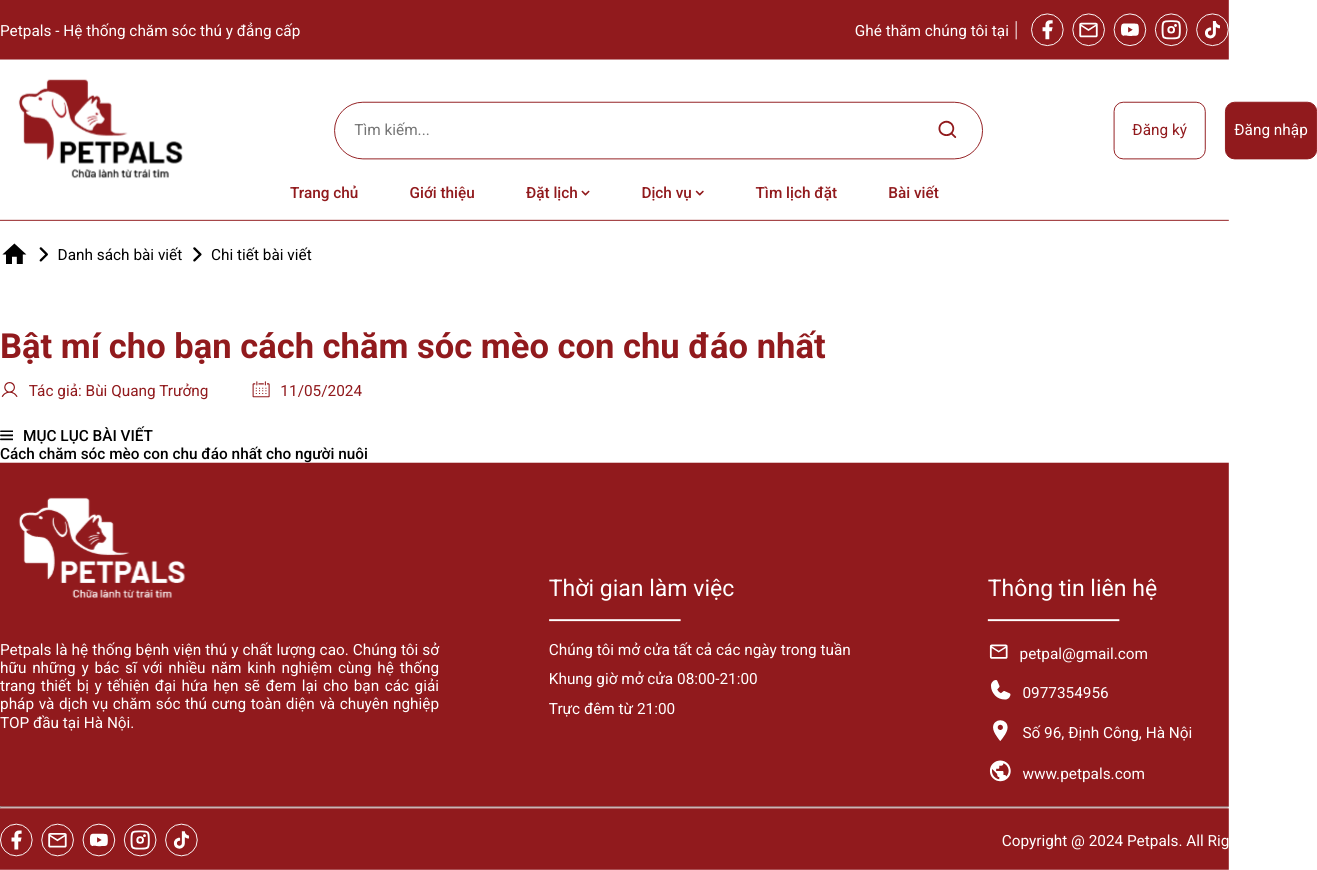
Repository: ahntrung1909/Petpals
Page: /danh-sach-bai-viet/chi-tiet-bai-viet (app in petpals-user-main/)
The author's editor kept a copy of each file at every save. The page is drawn from the files as they stood at one save, then again after the next save.
The browser window is 1280 px wide. The page is 1372 px wide, so the pictures cover 1372 px, including what lies to the right of the window. The pictures show the whole page, at 96% of full size.
The project was rebuilt for these pictures with package versions that can differ from the ones it lists, and the page was loaded fresh each time. The framework's server and built-in components were replaced by stand-ins that run in the browser. Also part of the build but not shown: petpals-user-main/next.config.js, petpals-user-main/next.config.mjs.

Above is the page before, as saved 2024-04-14 17:48:01.

### petpals-user-main/src/app/layout.js
import { Footer } from "@/components/Footer/Footer";
import "./global.scss";
import { Header } from "@/components/Header/Header";
import { ToastContainer } from "react-toastify";
import "react-toastify/dist/ReactToastify.css";
import { Button, ConfigProvider, Space } from "antd";

export const metadata = {
  title: "Petpals - Chữa lành từ trái tim",
  description: "Petpals",
};

export default function RootLayout({ children }) {
  return (
    <html lang="en">
      <body>
        <Header />
        <ToastContainer />
        <ConfigProvider
          theme={{
            token: {
              colorPrimary: "#911A1D",
              fontFamily: "Roboto",
            },
            components: {
              DatePicker: {
                inputFontSize: 16,
              },
              Menu: {
                itemBg: "transparent",
                subMenuItemBg: "transparent",
                activeBarBorderWidth: 0,
                itemSelectedBg: "rgba(145, 26, 29, 0.05)",
                itemBorderRadius: 0,
              },
            },
          }}
        >
          {children}
        </ConfigProvider>
        <Footer />
      </body>
    </html>
  );
}

### petpals-user-main/src/app/danh-sach-bai-viet/chi-tiet-bai-viet/page.js
import React from "react";
import "./style.scss";

export default function page() {
  return (
    <main>
      <div className="breadcrumb">
        <img src="/icon/ic_baseline-home.svg" alt="" />
        <img src="/icon/iconamoon_arrow-right-2.svg" alt="" />
        <p>Danh sách bài viết</p>
        <img src="/icon/iconamoon_arrow-right-2.svg" alt="" />
        <p>Chi tiết bài viết</p>
      </div>
      <div className="article-section">
        <div className="article-section-left">
          <h1 className="article-title">
            Bật mí cho bạn cách chăm sóc mèo con chu đáo nhất
          </h1>
          <div className="article-author-time">
            <div className="article-item">
              <img src="/icon/ph_user.svg" alt="" />
              <p>Tác giả: Bùi Quang Trưởng</p>
            </div>
            <div className="article-item">
              <img src="/icon/clarity_date-line.svg" alt="" />
              <p>11/05/2024</p>
            </div>
          </div>
          <div className="menu">
            <div style={{ display: "flex", gap: "10px", alignItems: "center" }}>
              <img src="/icon/hamberger.svg" alt="" style={{ width: "14px" }} />
              <p style={{ fontSize: "16px", fontWeight: "500" }}>
                MỤC LỤC BÀI VIẾT
              </p>
            </div>
            <p style={{ fontWeight: "500" }}>
              Cách chăm sóc mèo con chu đáo nhất cho người nuôi
            </p>
          </div>
        </div>
      </div>
    </main>
  );
}

### petpals-user-main/src/components/Footer/Footer.js
import { Socialicon } from "../Socialicon/Socialicon";
import "./style.scss";
export const Footer = () => {
  return (
    <footer>
      <div className="row row-1">
        <div className="logo">
          <img src="/img/logo_am_ban.svg" alt="" />
        </div>
        <div className="working-time">Thời gian làm việc</div>
        <div className=" contact-info">Thông tin liên hệ</div>
      </div>
      <div className="row">
        <div className="about">
          Petpals là hệ thống bệnh viện thú y chất lượng cao. Chúng tôi sở hữu
          những y bác sĩ với nhiều năm kinh nghiệm cùng hệ thống trang thiết bị
          y tếhiện đại hứa hẹn sẽ đem lại cho bạn các giải pháp và dịch vụ chăm
          sóc thú cưng toàn diện và chuyên nghiệp TOP đầu tại Hà Nội.
        </div>
        <ul className="working-time-more">
          <li>Chúng tôi mở cửa tất cả các ngày trong tuần</li>
          <li>Khung giờ mở cửa 08:00-21:00</li>
          <li>Trực đêm từ 21:00</li>
        </ul>
        <ul className="contact-info-more">
          <li className="contact-item">
            <span>
              <img src="/icon/material-symbols_mail-outline.svg" alt="" />
            </span>
            petpal@gmail.com
          </li>
          <li className="contact-item">
            <span>
              <img src="/icon/ph_phone-fill.svg" alt="" />
            </span>
            0977354956
          </li>
          <li className="contact-item">
            <span>
              <img src="/icon/mdi_location.svg" alt="" />
            </span>
            Số 96, Định Công, Hà Nội
          </li>
          <li className="contact-item">
            <span>
              <img src="/icon/mdi_earth.svg" alt="" />
            </span>
            www.petpals.com
          </li>
        </ul>
      </div>
      <hr />
      <div className="footer-bottom">
        <Socialicon />
        <div>Copyright @ 2024 Petpals. All Rights Reverved</div>
      </div>
    </footer>
  );
};

### petpals-user-main/src/app/global.scss
@import url("https://fonts.googleapis.com/css2?family=Roboto:ital,wght@0,100;0,300;0,400;0,500;0,700;0,900;1,100;1,300;1,400;1,500;1,700;1,900&display=swap");
@import "../style/variable";
* {
  padding: 0;
  margin: 0;
  box-sizing: border-box;
}
body {
  font-family: "Roboto", sans-serif;
  font-size: 16px;
}
a {
  text-decoration: none;
  color: black;
}
ul,
li {
  list-style: none;
}
input,
textarea {
  width: 100%;
  border: none;
  outline: none;
  font-family: "Roboto", sans-serif;
  font-size: 16px;
}
img {
  width: 100%;
}
button {
  font-family: "Roboto", sans-serif;
  font-size: 16px;
}
label {
  font-family: "Roboto", sans-serif;
  font-size: 16px;
}

// custom scroll bar
::-webkit-scrollbar-track {
  background-color: #f5f5f5;
}

::-webkit-scrollbar {
  width: 6px;
  height: 6px;
  background-color: #f5f5f5;
}

::-webkit-scrollbar-thumb {
  background-image: linear-gradient($BROWN_500, $RED_500);
  // border-radius: 10px;
}
::-webkit-scrollbar-thumb:horizontal {
  background-image: linear-gradient(to right, $BROWN_500, $RED_500);
  // border-radius: 10px;
}

### petpals-user-main/src/app/danh-sach-bai-viet/chi-tiet-bai-viet/style.scss
@import "../../../style/variable";
@import "../../../style/base";

.article-section {
  width: 1372px;
  margin: 0 auto;
  margin-top: 60px;
  display: flex;
  gap: 20px;
}
.article-section-left {
  width: 1025px;
  h1 {
    font-size: 36px;
    color: $BROWN_500;
    margin-bottom: 14px;
  }
  .article-author-time {
    display: flex;
    align-items: center;
    gap: 45px;
    margin-bottom: 28px;
    .article-item {
      display: flex;
      align-items: center;
      gap: 10px;
      img {
        width: 20px;
        height: 20px;
      }
      p {
        color: $BROWN_500;
      }
    }
  }
}

### petpals-user-main/src/components/Socialicon/Socialicon.js
import "./style.scss";
export const Socialicon = () => {
  return (
    <div className="list-social-icon">
      <div className="icon-item">
        <img src="/icon/ri_facebook-fill.svg" alt="icon-facebook" />
      </div>
      <div className="icon-item">
        <img src="/icon/material-symbols_mail-outline.svg" alt="icon-mail" />
      </div>
      <div className="icon-item">
        <img src="/icon/mdi_youtube.svg" alt="icon-youtube" />
      </div>
      <div className="icon-item">
        <img src="/icon/lets-icons_insta.svg" alt="icon-insta" />
      </div>
      <div className="icon-item">
        <img src="/icon/ic_baseline-tiktok.svg" alt="icon-tiktok" />
      </div>
    </div>
  );
};

### petpals-user-main/src/components/Footer/style.scss
@import "../../style/variable";
footer {
  display: block;
  width: 100vw;
  height: 424px;
  background-color: $BROWN_500;
  padding: 20px 0;
}
.row {
  width: 1372px;
  margin: 0 auto;
  display: grid;
  grid-template-columns: repeat(12, 1fr);
  row-gap: 20px;
  color: white;
  margin-bottom: 20px;
}
.row-1 {
  align-items: flex-end;
}
.logo {
  width: 214px;
  grid-column: 1/5;
}
.working-time {
  grid-column: 6/10;
  position: relative;
  font-size: 24px;
  padding-bottom: 20px;
  &::after {
    content: "";
    width: 137px;
    height: 2px;
    background-color: white;
    position: absolute;
    left: 0;
    bottom: 0;
  }
}
.contact-info {
  position: relative;
  grid-column: 10/13;
  font-size: 24px;
  padding-bottom: 20px;
  &::after {
    content: "";
    width: 137px;
    height: 2px;
    background-color: white;
    position: absolute;
    left: 0;
    bottom: 0;
  }
}
.about {
  grid-column: 1/5;
  text-align: justify;
}
.working-time-more {
  grid-column: 6/10;
  display: flex;
  flex-direction: column;
  gap: 12px;
}
.contact-info-more {
  grid-column: 10/13;
  display: flex;
  flex-direction: column;
  gap: 12px;
}
.contact-item {
  display: flex;
  gap: 10px;
  align-items: center;
}
.footer-bottom {
  width: 1372px;
  margin: 0 auto;
  margin-top: 16px;
  color: white;
  display: flex;
  align-items: center;
  justify-content: space-between;
}

### petpals-user-main/src/style/_variable.scss
$BROWN_50: rgb(244, 232, 232);
$BROWN_100: rgb(221, 184, 185);
$BROWN_200: rgb(204, 150, 151);
$BROWN_300: rgb(181, 102, 104);
$BROWN_400: rgb(167, 72, 74);
$BROWN_500: rgb(145, 26, 29);
$BROWN_600: rgb(132, 24, 26);
$BROWN_700: rgb(103, 18, 21);
$BROWN_800: rgb(80, 14, 16);
$BROWN_900: rgb(61, 11, 12);
$RED_50: rgb(255, 247, 247);
$RED_100: rgb(255, 230, 231);
$RED_200: rgb(255, 217, 219);
$RED_300: rgb(255, 200, 202);
$RED_400: rgb(255, 189, 192);
$RED_500: rgb(255, 173, 176);
$RED_600: rgb(232, 157, 160);
$RED_700: rgb(181, 123, 125);
$RED_800: rgb(140, 95, 97);
$RED_900: rgb(107, 73, 74);
$BROWN_DARK_50: rgb(236, 233, 233);
$BROWN_DARK_100: rgb(195, 186, 186);
$BROWN_DARK_200: rgb(165, 152, 152);
$BROWN_DARK_300: rgb(124, 105, 106);
$BROWN_DARK_400: rgb(99, 76, 77);
$BROWN_DARK_500: rgb(60, 31, 32);
$BROWN_DARK_600: rgb(55, 28, 29);
$BROWN_DARK_700: rgb(43, 22, 23);
$BROWN_DARK_800: rgb(33, 17, 18);
$BROWN_DARK_900: rgba(25, 13, 13, 0.2);

### petpals-user-main/src/components/Header/style.scss
@import "../../style/_variable";

header {
  height: 230px;
  border-bottom: 1px solid $BROWN_500;
}
div:has(.wrap):nth-child(1) {
  background-color: $BROWN_500;
  height: 62px;
  display: flex;
  align-items: center;
}
.wrap {
  width: 1372px;
  margin: 0 auto;
}
.top-header {
  display: flex;
  justify-content: space-between;
  align-items: center;
  color: white;
}
.social-connect {
  display: flex;
  align-items: center;
  gap: 15px;
}
.social-connect > p {
  padding: 0px 7px;
  border-right: 1px solid white;
}
div:has(.wrap):nth-child(2) {
  padding-top: 18px;
}
.main-header {
  display: flex;
  align-items: center;
  justify-content: space-between;
}
.petpals-logo {
  display: block;
  width: 211px;
  height: 111px;
}
.header-main-right {
  display: flex;
  width: 1024px;
  justify-content: space-between;
  align-items: center;
}
.search-input {
  display: flex;
  position: relative;

  input {
    width: 676px;
    height: 60px;
    padding: 0px 60px 0px 20px;
    border: 1px solid $BROWN_500;
    border-radius: 99px;
    display: flex;
    justify-content: center;
    align-items: center;
  }
  .icon-item {
    right: 20px;
    top: 50%;
    transform: translateY(-50%);
    position: absolute;
    cursor: pointer;
  }
}
.btn-group {
  display: flex;
  gap: 20px;
  text-align: center;
  .btn {
    display: flex;
    justify-content: center;
    align-items: center;
    width: 96px;
    height: 60px;
    border: 1px solid $BROWN_500;
    border-radius: 10px;
    color: $BROWN_500;
  }
  .btn:nth-child(1):hover {
    background-color: $BROWN_500;
    color: white;
  }
  .btn:nth-child(2) {
    color: white;
    background-color: $BROWN_500;
    &:hover {
      background-color: $BROWN_300;
    }
  }
}
.nav {
  display: flex;
  align-items: center;
  justify-content: space-between;
  width: 676px;
  margin: 0 auto;
  color: $BROWN_500;
  font-weight: 500;
  z-index: 99;

  &-item {
    display: flex;
    position: relative;
    align-items: center;
    cursor: pointer;
    padding-bottom: 8px;
    &.active > span,
    &.active > a {
      font-weight: 900;
    }
    &:hover .sub-nav:not(.nav-2) {
      display: flex;
    }
    span {
      display: flex;
      justify-content: center;
      align-items: center;
      color: $BROWN_500;
    }
    a {
      display: flex;
      justify-content: center;
      align-items: center;
      color: $BROWN_500;
      width: 100%;
      height: 100%;
    }
    &:hover > a {
      color: $RED_500;
    }
    &:hover > span {
      color: $RED_500;
    }
  }
}
.sub-nav {
  position: absolute;
  z-index: 99;
  top: 100%;
  left: 0;
  border-radius: 10px;
  box-shadow: 0 15px 15px 15px rgba(0, 0, 0, 0.05);
  box-shadow: 0 15px 15px rgba(0, 0, 0, 0.1);
  border: 0.5px solid rgba(0, 0, 0, 0.15);
  background-color: white;
  padding: 8px;
  display: none;
  flex-direction: column;
  gap: 8px;
  &.nav-2 {
    position: absolute;
    top: 0;
    left: 100%;
    transform: translate(8px, -8px);
    display: none;
  }
  &-item {
    position: relative;
    display: flex;
    align-items: center;
    justify-content: space-between;
    &::after {
      content: "";
      width: 8px;
      height: 100%;
      position: absolute;
      top: 0;
      right: -8px;
    }
    &:hover {
      background-color: rgba(0, 0, 0, 0.05);
    }
    &:hover .sub-nav.nav-2 {
      display: flex;
    }
    a {
      width: 100%;
      height: 100%;
      display: flex;
      justify-content: left;
      padding: 12px 16px;
    }
    span {
      padding: 12px 16px;
    }
    &-active > span,
    &-active > a {
      font-weight: 600;
    }
  }
}
.user-login-controller {
  display: flex;
  align-items: center;
  gap: 8px;
  cursor: pointer;
  position: relative;

  &:hover .sub-nav {
    display: flex;
    left: inherit;
    right: 0;
  }
  .user-img {
    width: 56px;
    height: 56px;
    img {
      border-radius: 50%;
    }
  }
}
.icon-bell {
  width: 30px;
  height: 30px;
  position: relative;
  .number-bell {
    position: absolute;
    top: 0;
    right: 0;
    transform: translate(36%, -30%);
    width: 20px;
    height: 20px;
    font-size: 12px;
    font-weight: 500;
    color: white;
    display: flex;
    justify-content: center;
    align-items: center;
    background-color: $RED_500;
    border-radius: 50%;
  }
  .menu-bell {
    display: none;
    position: absolute;
    right: 0;
    bottom: -20px;
    transform: translateY(100%);
    background-color: white;
    width: 554px;
    height: 468px;
    padding: 20px;
    border-radius: 10px;
    z-index: 99;
    box-shadow: 0 0 8px 4px rgba(0, 0, 0, 0.2);
    &.menu-bell-active {
      display: block;
    }
    ::after {
      content: "";
      width: 20px;
      height: 20px;
      background-color: white;
      position: absolute;
      right: 14px;
      top: 0;
      transform: translate(0, -50%);
      rotate: 45deg;
    }
    h3 {
      text-transform: uppercase;
      color: $BROWN_500;
      font-size: 22px;
      margin-bottom: 10px;
    }
    .menu-item {
      display: flex;
      flex-direction: column;
      gap: 10px;
      padding: 8px 0;
      border-bottom: 1px solid rgba(0, 0, 0, 0.25);
      &:hover {
        background-color: $BROWN_50;
      }
      .content {
        font-size: 20px;
      }
      .time {
        font-size: 12px;
      }
      span {
        text-align: left;
        padding: 0 8px;
      }
    }
    .container {
      height: 400px;
      overflow: scroll;
    }
  }
  .overlay {
    display: none;
    position: fixed;
    width: 100vw;
    height: 100vh;
    inset: 0;
    z-index: 20;
    background-color: rgba(0, 0, 0, 0.25);
    cursor: pointer;
    &.overlay-active {
      display: block;
    }
  }
}

### petpals-user-main/src/style/_base.scss
.section-heading {
  width: fit-content;
  margin: 60px auto;
  color: $BROWN_500;
  position: relative;
  font-size: 24px;
  font-weight: 800;
  text-transform: uppercase;
  &::after {
    content: "";
    width: 80%;
    height: 3px;
    position: absolute;
    bottom: -16px;
    left: 50%;
    transform: translateX(-50%);
    background-color: $BROWN_500;
  }
}
.breadcrumb {
  width: 1372px;
  margin: 0 auto;
  display: flex;
  align-items: center;
  padding-top: 20px;
  img {
    width: 30px;
    height: 30px;
  }
}

### petpals-user-main/src/components/Socialicon/style.scss
.list-social-icon {
  display: flex;
  gap: 9px;
}
.icon-item {
  width: 34px;
  height: 34px;
  border: 1px solid white;
  padding: 4px;
  border-radius: 99px;
  display: flex;
  justify-content: center;
  align-items: center;
}

Loaded but not shown: petpals-user-main/src/components/Header/Header.js (334 lines, source omitted)

After the next save:
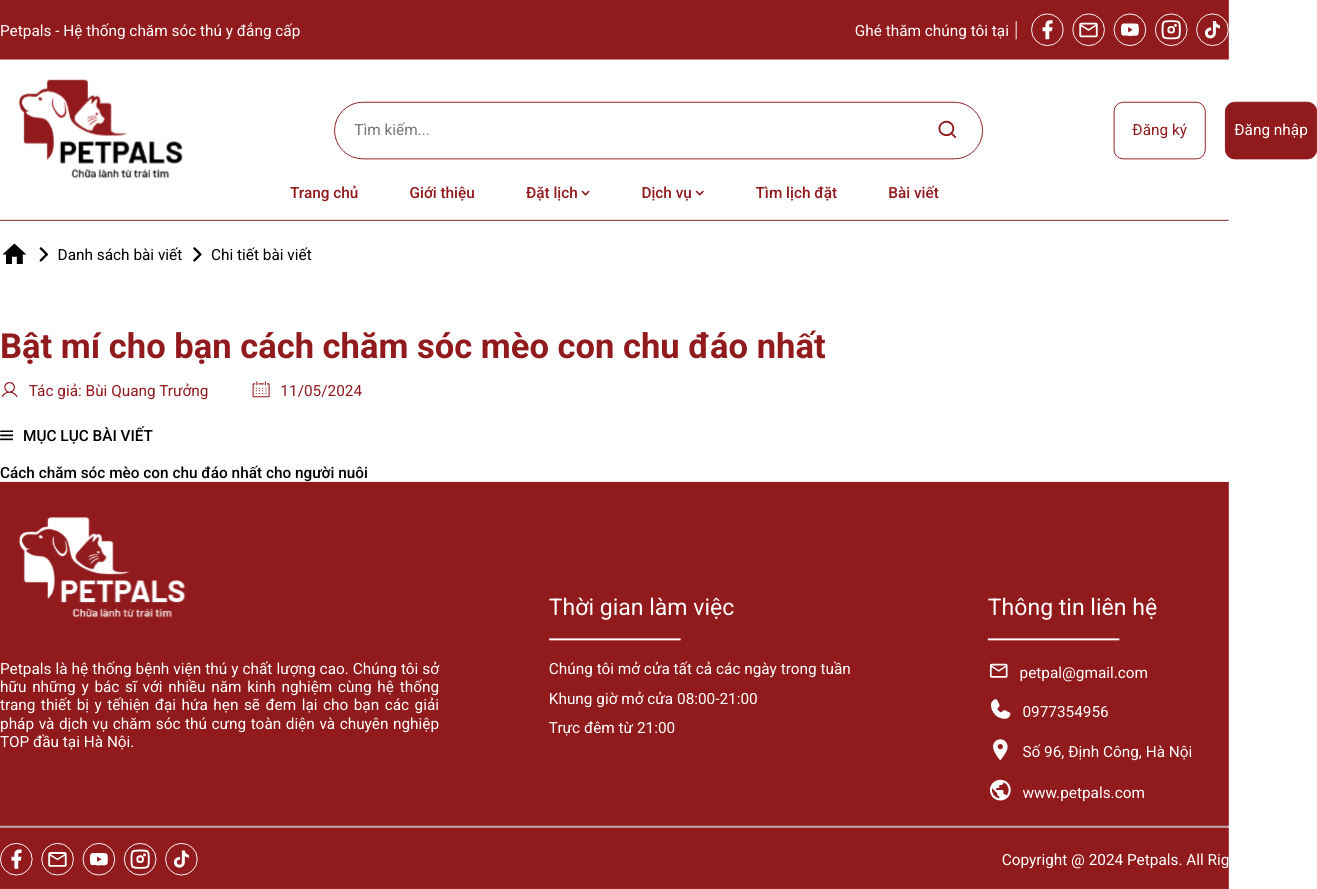
Saved 34 s later.
--- a/petpals-user-main/src/app/danh-sach-bai-viet/chi-tiet-bai-viet/page.js
+++ b/petpals-user-main/src/app/danh-sach-bai-viet/chi-tiet-bai-viet/page.js
@@ -33,7 +33,7 @@ export default function page() {
                 MỤC LỤC BÀI VIẾT
               </p>
             </div>
-            <p style={{ fontWeight: "500" }}>
+            <p style={{ fontWeight: "500", marginTop: "20px" }}>
               Cách chăm sóc mèo con chu đáo nhất cho người nuôi
             </p>
           </div>
